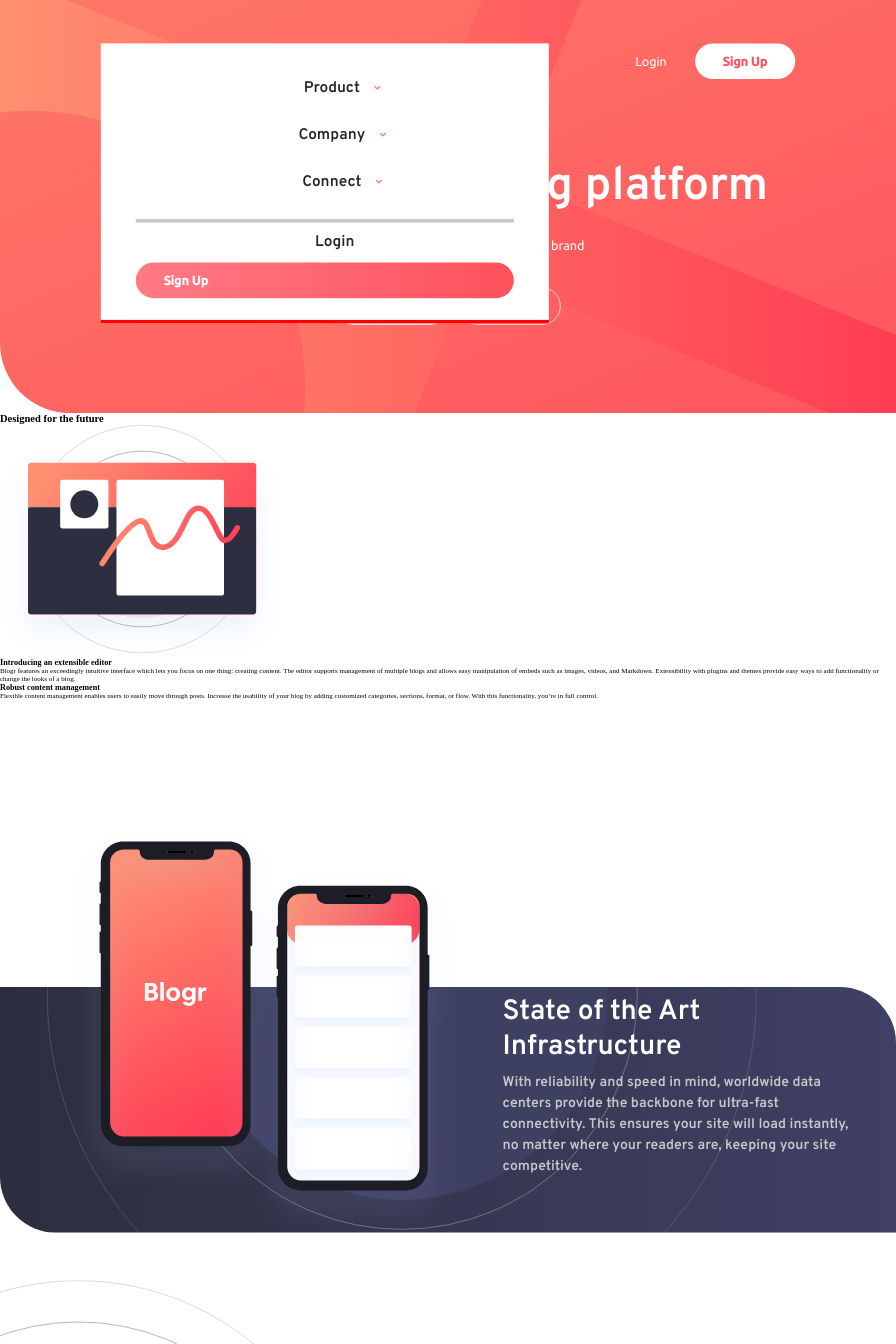
Repository: tomas938/tomaspage3
Page: index.html
The author's editor kept a copy of each file at every save. The page is drawn from the files as they stood at one save, then again after the next save.
The browser window is 1280 px wide. The pictures show the part of the page from y = 0 to 1920 px (the page is 3157 px tall), at 70% of full size.
The style sheet was rebuilt from its Sass, Less or Tailwind sources for each picture, by a compiler version that may differ from the author's.

Above is the page before, as saved 2021-07-30 17:23:11.

After the next save:
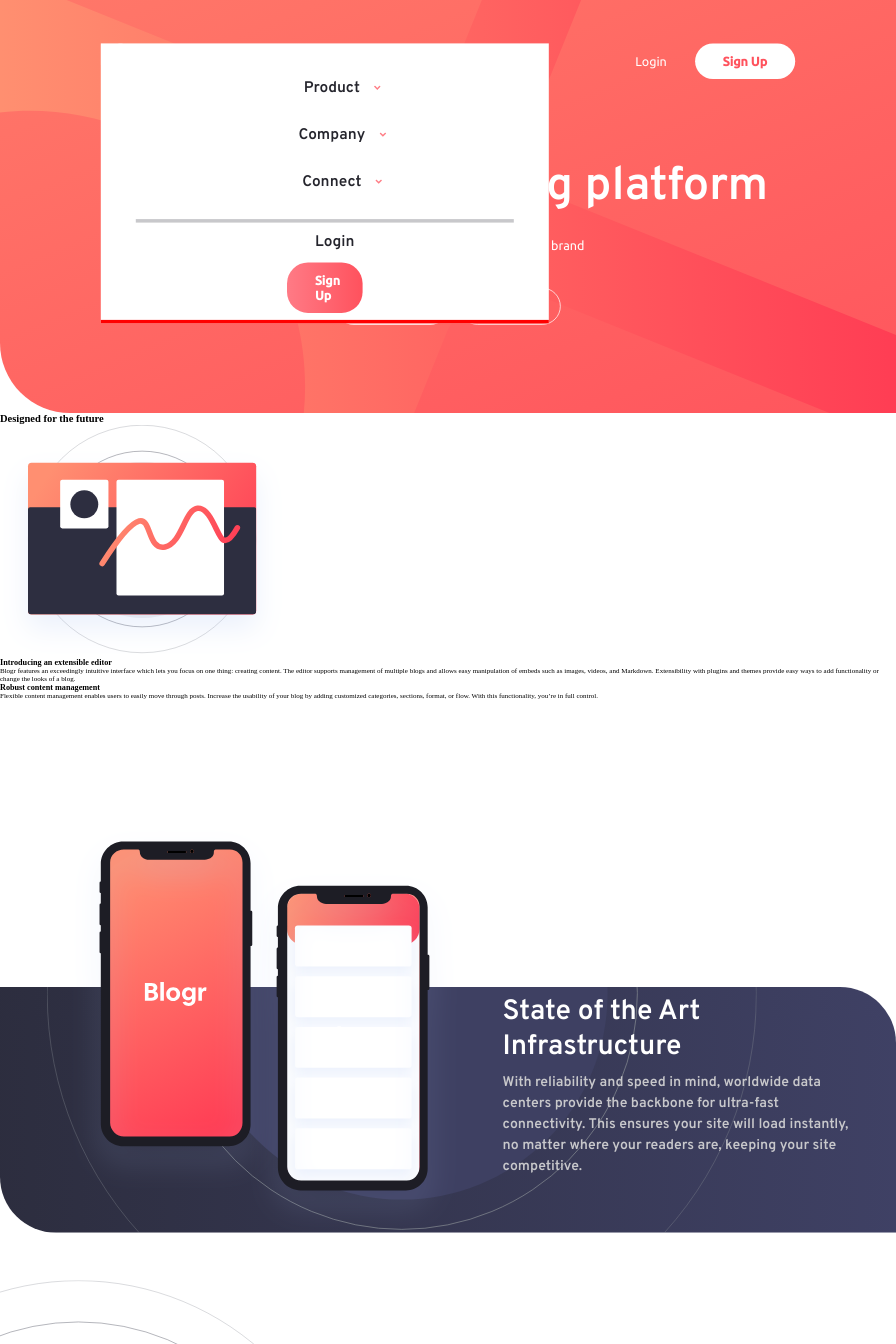
Saved 4 s later.
--- a/scss_partials/_intro.scss
+++ b/scss_partials/_intro.scss
@@ -99,6 +99,8 @@
 				color: $very-dark-black-blue;
 			}
 			.button--2 {
+				width: 20%;
+				margin: auto;
 				color: $white;
 				background: linear-gradient(to right, $very-light-red, $light-red);
 			}
